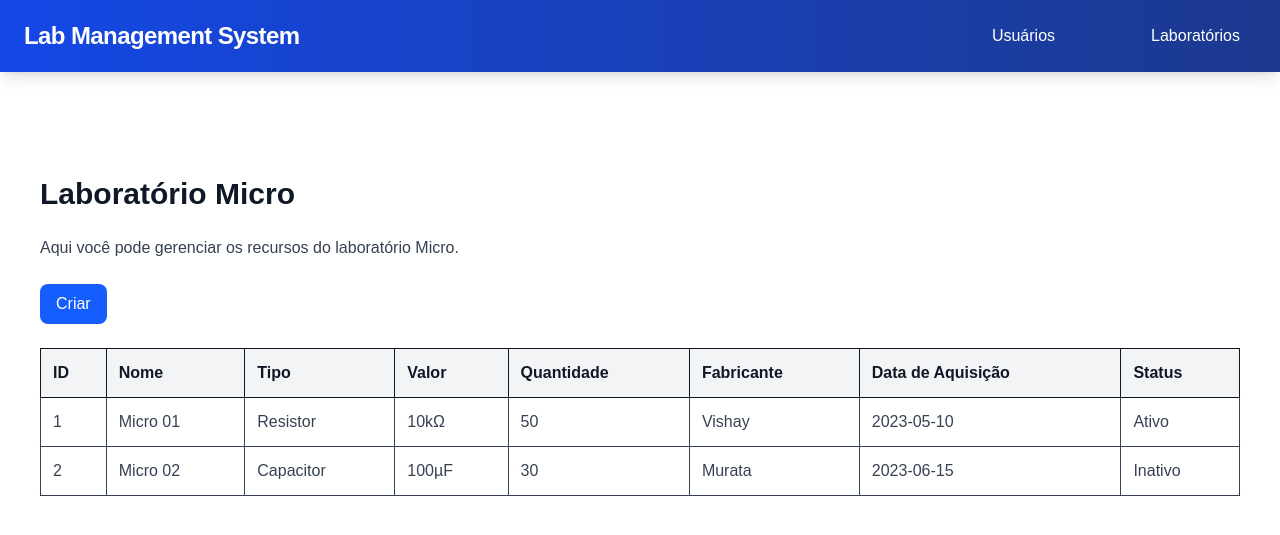
Repository: fabianosevla/gestao-labs
Page: /labs/hardware/micro (app in lab-management-system/)
The author's editor kept a copy of each file at every save. The page is drawn from the files as they stood at one save, then again after the next save.
The browser window is 1280 px wide. The pictures show the whole page.
The project was rebuilt for these pictures with package versions that can differ from the ones it lists, and the page was loaded fresh each time. The framework's server and built-in components were replaced by stand-ins that run in the browser. Also part of the build but not shown: lab-management-system/next.config.mjs.

Above is the page before, as saved 2025-05-05 23:41:22.

### lab-management-system/app/layout.js
import Navbar from "../components/Navbar";
import "../app/globals.css";

export default function RootLayout({ children }) {
  return (
    <html lang="en">
      <body className="bg-white font-sans">
        <Navbar />
        <div className="max-w-7xl mx-auto pt-16 px-4">{children}</div>
      </body>
    </html>
  );
}

### lab-management-system/app/labs/hardware/micro/page.js
"use client";

import { useRouter } from "next/navigation";
import { useMicroHardwares } from "../../../lib/storage";

export default function Micro() {
    const router = useRouter();
    const [microHardwares] = useMicroHardwares();

    const handleCreate = () => {
        console.log("Redirecionando para /labs/hardware/micro/create");
        router.push("/labs/hardware/micro/create");
    };

    return (
        <div className="p-6 pt-28">
            <h1 className="text-3xl font-bold mb-6 text-gray-900">Laboratório Micro</h1>
            <p className="text-gray-700 mb-6">Aqui você pode gerenciar os recursos do laboratório Micro.</p>
            <button
                onClick={handleCreate}
                className="px-4 py-2 bg-blue-600 text-white rounded-lg hover:bg-blue-700 transition duration-300 text-left mb-6"
            >
                Criar
            </button>
            <div className="overflow-x-auto">
                <table className="w-full border-collapse bg-white shadow-md rounded-lg">
                    <thead>
                        <tr className="bg-gray-100">
                            <th className="border p-3 text-gray-900 font-semibold text-left">ID</th>
                            <th className="border p-3 text-gray-900 font-semibold text-left">Nome</th>
                            <th className="border p-3 text-gray-900 font-semibold text-left">Tipo</th>
                            <th className="border p-3 text-gray-900 font-semibold text-left">Valor</th>
                            <th className="border p-3 text-gray-900 font-semibold text-left">Quantidade</th>
                            <th className="border p-3 text-gray-900 font-semibold text-left">Fabricante</th>
                            <th className="border p-3 text-gray-900 font-semibold text-left">Data de Aquisição</th>
                            <th className="border p-3 text-gray-900 font-semibold text-left">Status</th>
                        </tr>
                    </thead>
                    <tbody>
                        {microHardwares.map((hardware) => (
                            <tr key={hardware.id} className="hover:bg-gray-50">
                                <td className="border p-3 text-gray-700">{hardware.id}</td>
                                <td className="border p-3 text-gray-700">{hardware.name}</td>
                                <td className="border p-3 text-gray-700">{hardware.type}</td>
                                <td className="border p-3 text-gray-700">{hardware.value}</td>
                                <td className="border p-3 text-gray-700">{hardware.quantity}</td>
                                <td className="border p-3 text-gray-700">{hardware.manufacturer}</td>
                                <td className="border p-3 text-gray-700">{hardware.acquisitionDate}</td>
                                <td className="border p-3 text-gray-700">{hardware.status}</td>
                            </tr>
                        ))}
                    </tbody>
                </table>
            </div>
        </div>
    );
}

### lab-management-system/components/Navbar.js
"use client";

import Link from "next/link";
import { usePathname } from "next/navigation";
import { useEffect, useState } from "react";

export default function Navbar() {
    const pathname = usePathname();
    const [isLoginPage, setIsLoginPage] = useState(true);

    useEffect(() => {
        setIsLoginPage(pathname === "/login");
    }, [pathname]);

    if (isLoginPage) return null;

    return (
        <nav className="bg-gradient-to-r from-blue-700 to-blue-900 text-white shadow-lg fixed top-0 left-0 w-full z-50">
            <div className="max-w-7xl mx-auto px-6 py-4 flex justify-between items-center">
                <h1 className="text-2xl font-bold tracking-tight">Lab Management System</h1>
                <div className="flex space-x-16">
                    {/* Usuários */}
                    <div className="relative group">
                        <button className="px-4 py-2 rounded-xl hover:bg-blue-800 transition duration-300 ease-in-out font-medium">
                            Usuários
                        </button>
                        <div className="absolute right-0 mt-2 w-40 bg-white text-gray-800 rounded-xl shadow-2xl opacity-0 group-hover:opacity-100 group-hover:translate-y-0 transform -translate-y-3 transition-all duration-300 ease-in-out z-10">
                            <Link href="/users/visitors" className="block px-4 py-2 hover:bg-blue-100 rounded-t-xl transition duration-200">Visitantes</Link>
                            <Link href="/users/admins" className="block px-4 py-2 hover:bg-blue-100 rounded-b-xl transition duration-200">Admin</Link>
                        </div>
                    </div>

                    {/* Laboratórios */}
                    <div className="relative group">
                        <button className="px-4 py-2 rounded-xl hover:bg-blue-800 transition duration-300 ease-in-out font-medium">
                            Laboratórios
                        </button>
                        <div className="absolute right-0 mt-2 w-40 bg-white text-gray-800 rounded-xl shadow-2xl opacity-0 group-hover:opacity-100 group-hover:translate-y-0 transform -translate-y-3 transition-all duration-300 ease-in-out z-20">
                            <div className="relative group/sub">
                                <button className="block px-4 py-2 hover:bg-blue-100 w-full text-left transition duration-200">
                                    Hardware
                                </button>
                                <div className="absolute right-40 top-0 w-40 bg-white text-gray-800 rounded-xl shadow-2xl opacity-0 group-hover/sub:opacity-100 group-hover/sub:translate-x-0 transform translate-x-3 transition-all duration-300 ease-in-out z-20">
                                    <Link href="/labs/hardware/micro" className="block px-4 py-2 hover:bg-blue-100 rounded-t-xl transition duration-200">Micro</Link>
                                    <Link href="/labs/hardware/macro" className="block px-4 py-2 hover:bg-blue-100 rounded-b-xl transition duration-200">Macro</Link>
                                </div>
                            </div>
                            <Link href="/labs/software" className="block px-4 py-2 hover:bg-blue-100 rounded-b-xl transition duration-200">Software</Link>
                        </div>
                    </div>
                </div>
            </div>
        </nav>
    );
}

### lab-management-system/app/globals.css
@import "tailwindcss";

:root {
  --background: #ffffff;
  --foreground: #efecec;
}

@theme inline {
  --color-background: var(--background);
  --color-foreground: var(--foreground);
  --font-sans: var(--font-geist-sans);
  --font-mono: var(--font-geist-mono);
}

@media (prefers-color-scheme: dark) {
  :root {
    --background: #f7f1f1;
    --foreground: #ededed;
  }
}

body {
  background: var(--background);
  color: var(--foreground);
  font-family: Arial, Helvetica, sans-serif;
}

### lab-management-system/app/lib/storage.js
"use client";

import { useState, useEffect } from "react";

export const useMicroHardwares = () => {
    const [microHardwares, setMicroHardwares] = useState(() => {
        if (typeof window !== "undefined") {
            const saved = localStorage.getItem("microHardwares");
            return saved ? JSON.parse(saved) : [
                { id: 1, name: "Micro 01", type: "Resistor", value: "10kΩ", quantity: 50, manufacturer: "Vishay", acquisitionDate: "2023-05-10", status: "Ativo" },
                { id: 2, name: "Micro 02", type: "Capacitor", value: "100µF", quantity: 30, manufacturer: "Murata", acquisitionDate: "2023-06-15", status: "Inativo" },
            ];
        }
        return [];
    });

    useEffect(() => {
        if (typeof window !== "undefined") {
            localStorage.setItem("microHardwares", JSON.stringify(microHardwares));
        }
    }, [microHardwares]);

    return [microHardwares, setMicroHardwares];
};

export const useMacroHardwares = () => {
    const [macroHardwares, setMacroHardwares] = useState(() => {
        if (typeof window !== "undefined") {
            const saved = localStorage.getItem("macroHardwares");
            return saved ? JSON.parse(saved) : [
                { id: 1, name: "Macro 01", brand: "Dell", model: "OptiPlex 7050", serialNumber: "ABC123", processor: "Intel i7", ram: "16GB", storage: "512GB SSD", acquisitionDate: "2023-05-10", status: "Ativo" },
                { id: 2, name: "Macro 02", brand: "HP", model: "EliteDesk 800", serialNumber: "XYZ789", processor: "Intel i5", ram: "8GB", storage: "256GB SSD", acquisitionDate: "2023-06-15", status: "Inativo" },
            ];
        }
        return [];
    });

    useEffect(() => {
        if (typeof window !== "undefined") {
            localStorage.setItem("macroHardwares", JSON.stringify(macroHardwares));
        }
    }, [macroHardwares]);

    return [macroHardwares, setMacroHardwares];
};

After the next save:
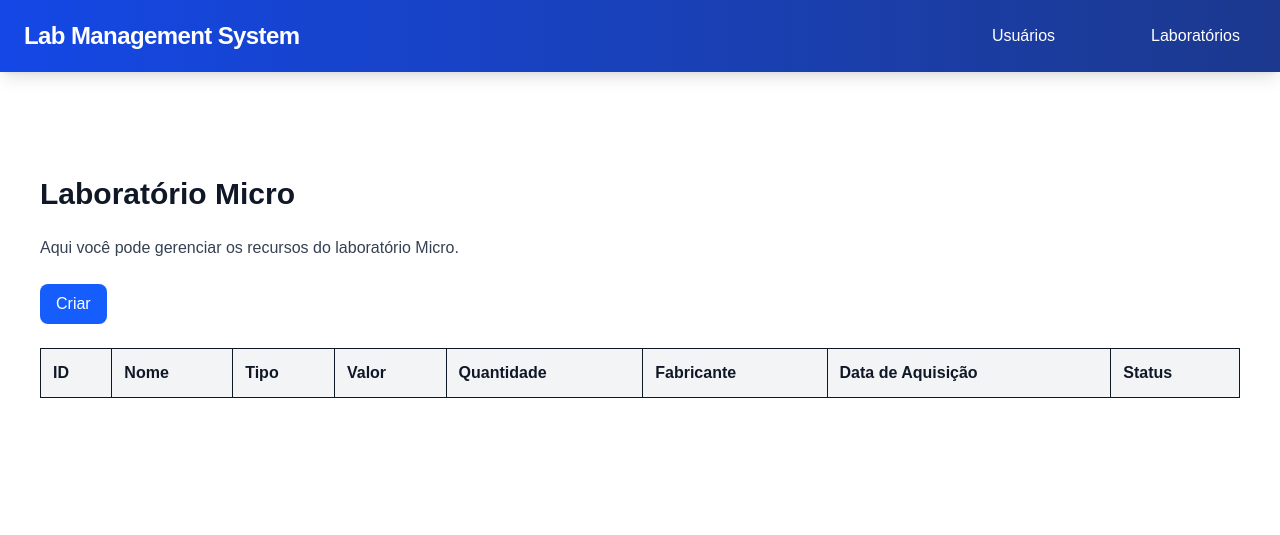
Saved 6 min 40 s later.
--- a/lab-management-system/app/lib/storage.js
+++ b/lab-management-system/app/lib/storage.js
@@ -6,10 +6,7 @@
     const [microHardwares, setMicroHardwares] = useState(() => {
         if (typeof window !== "undefined") {
             const saved = localStorage.getItem("microHardwares");
-            return saved ? JSON.parse(saved) : [
-                { id: 1, name: "Micro 01", type: "Resistor", value: "10kΩ", quantity: 50, manufacturer: "Vishay", acquisitionDate: "2023-05-10", status: "Ativo" },
-                { id: 2, name: "Micro 02", type: "Capacitor", value: "100µF", quantity: 30, manufacturer: "Murata", acquisitionDate: "2023-06-15", status: "Inativo" },
-            ];
+            return saved ? JSON.parse(saved) : [];
         }
         return [];
     });
@@ -27,10 +24,7 @@
     const [macroHardwares, setMacroHardwares] = useState(() => {
         if (typeof window !== "undefined") {
             const saved = localStorage.getItem("macroHardwares");
-            return saved ? JSON.parse(saved) : [
-                { id: 1, name: "Macro 01", brand: "Dell", model: "OptiPlex 7050", serialNumber: "ABC123", processor: "Intel i7", ram: "16GB", storage: "512GB SSD", acquisitionDate: "2023-05-10", status: "Ativo" },
-                { id: 2, name: "Macro 02", brand: "HP", model: "EliteDesk 800", serialNumber: "XYZ789", processor: "Intel i5", ram: "8GB", storage: "256GB SSD", acquisitionDate: "2023-06-15", status: "Inativo" },
-            ];
+            return saved ? JSON.parse(saved) : [];
         }
         return [];
     });
